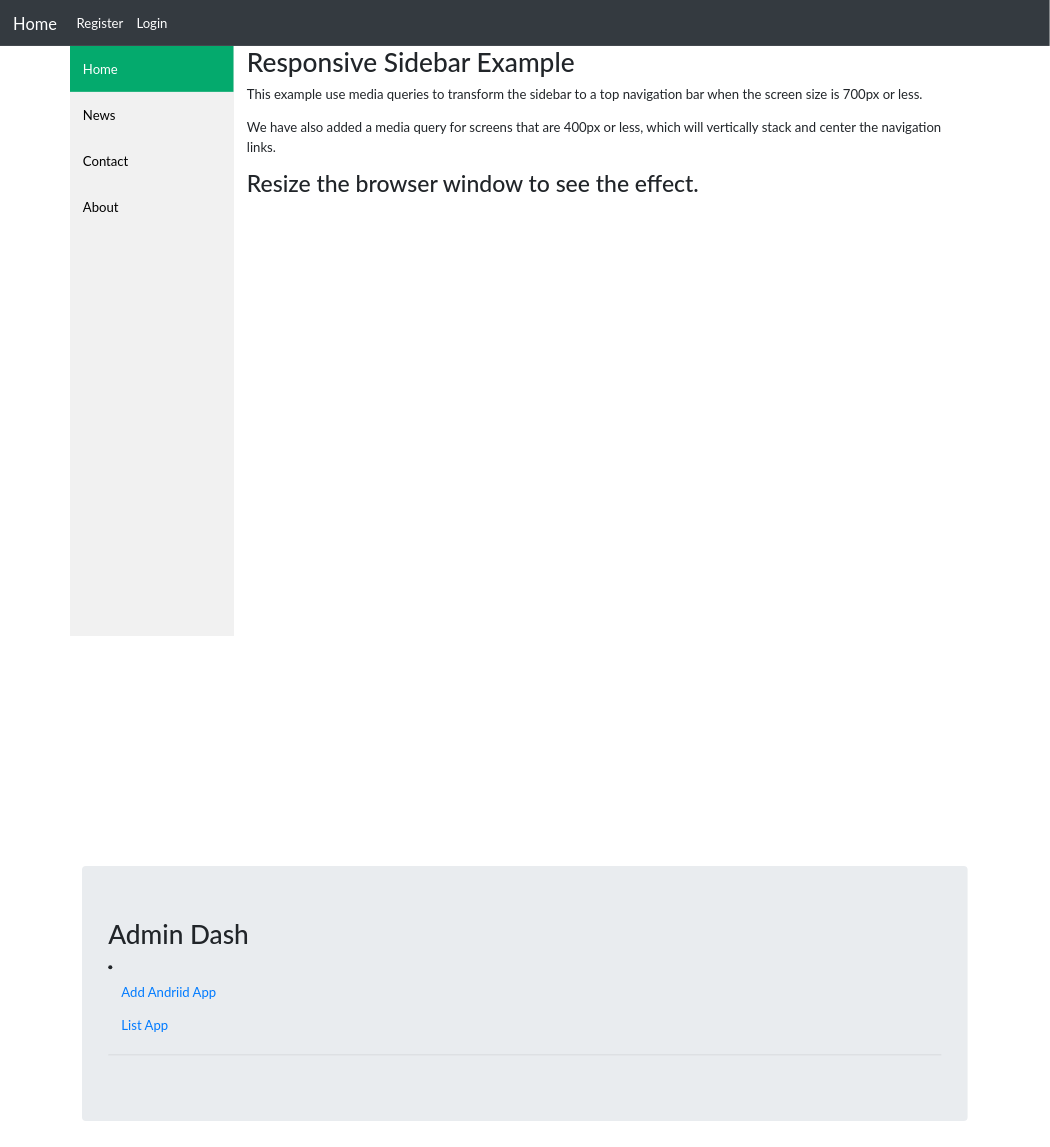
Repository: prabhat8701/nextgrowth_lab_task-main
Page: http://localhost/adminDash/
An editor plug-in stored every save of this project. The page is shown before and after the next save, followed by the edit.
The browser window is 1280 px wide. The pictures show the whole page, at 82% of full size.
The page is served by the project's application, run on Django 4.2 (manage.py). Other server files are loaded and not shown.

Above is the page before, as saved 2023-07-31 18:13:23.

### nextgrowAi/SET_2/next_project/templates/gradesApp/adminDash.html
{% extends 'gradesApp/base1.html' %}
{% block body_block %}
<style>
    body {
      margin: 0;
      font-family: "Lato", sans-serif;
    }

    .sidebar {
      margin: 0;
      padding: 0;
      width: 200px;
      background-color: #f1f1f1;
      position: fixed;
      height: 100%;
      overflow: auto;
    }

    .sidebar a {
      display: block;
      color: black;
      padding: 16px;
      text-decoration: none;
    }

    .sidebar a.active {
      background-color: #04AA6D;
      color: white;
    }

    .sidebar a:hover:not(.active) {
      background-color: #555;
      color: white;
    }

    div.content {
      margin-left: 200px;
      padding: 1px 16px;
      height: 1000px;
    }

    @media screen and (max-width: 700px) {
      .sidebar {
        width: 100%;
        height: auto;
        position: relative;
      }
      .sidebar a {float: left;}
      div.content {margin-left: 0;}
    }

    @media screen and (max-width: 400px) {
      .sidebar a {
        text-align: center;
        float: none;
      }
    }
</style>

<body>

    <div class="sidebar">
      <a class="active" href="#home">Home</a>
      <a href="#news">News</a>
      <a href="#contact">Contact</a>
      <a href="#about">About</a>
    </div>

    <div class="content">
      <h2>Responsive Sidebar Example</h2>
      <p>This example use media queries to transform the sidebar to a top navigation bar when the screen size is 700px or less.</p>
      <p>We have also added a media query for screens that are 400px or less, which will vertically stack and center the navigation links.</p>
      <h3>Resize the browser window to see the effect.</h3>
    </div>

    </body>

<div class="container">
    <div class="jumbotron">
        <h2>Admin Dash</h2>
        <li class="nav-item active">
            <a class="nav-link" href="{% url 'add_android_app' %}">Add Andriid App</a>
            <a class="nav-link" href="{% url 'app_list' %}">List App</a>

        </li>
        <hr>
    </div>
</div>


{% endblock %}

### nextgrowAi/SET_2/next_project/templates/gradesApp/base1.html
<!DOCTYPE html>
<html lang="en">
<head>
    <meta charset="UTF-8">
    <meta name="viewport" content="width=device-width, initial-scale=1.0">
    <meta http-equiv="X-UA-Compatible" content="ie=edge">
    <title>myGrades</title>
    <link rel="stylesheet" href="https://stackpath.bootstrapcdn.com/bootstrap/4.3.1/css/bootstrap.min.css" integrity="sha384-ggOyR0iXCbMQv3Xipma34MD+dH/1fQ784/j6cY/iJTQUOhcWr7x9JvoRxT2MZw1T" crossorigin="anonymous">
</head>
<body>
    <nav class="navbar navbar-expand-sm navbar-dark bg-dark">
        <a class="navbar-brand" href="{% url 'index' %}">Home</a>
        <button class="navbar-toggler d-lg-none" type="button" data-toggle="collapse" data-target="#collapsibleNavId" aria-controls="collapsibleNavId"
            aria-expanded="false" aria-label="Toggle navigation"></button>
        <div class="collapse navbar-collapse" id="collapsibleNavId">
            <ul class="navbar-nav mr-auto mt-2 mt-lg-0">
                <li class="nav-item active">
                    <!-- <a class="nav-link" href="{% url "admin:index" %}">Admin</a> -->
                </li>
                <li class="nav-item active">
                    <a class="nav-link" href="{% url 'register' %}" role="button">Register</a>

                </li>
                {% if user.is_authenticated %}
                    <!-- <li class="nav-item active">
                        <a class="nav-link" href="{% url 'dashboard' %}">Dashboard</a>

                    </li> -->
                    <li class="nav-item active">
                        <a class="nav-link" href="{% url 'logout' %}">Logout</a>
                    </li>
                {% else %}
                    <li class="nav-item active">

                        <a class="nav-link" href="{% url 'userLogin' %}">Login</a>

                    </li>
                {% endif %}

            </ul>

        </div>
    </nav>
    <div class="container">
        {% block body_block %}
        {% endblock %}
    </div>
</body>
</html>

### nextgrowAi/SET_2/next_project/next_app/views.py
from django.shortcuts import render

# Create your views here.
from django.shortcuts import render

# Create your views here.
from django.shortcuts import render,redirect
from next_app.forms import Admin_User_Form,Common_User_Form,Admin_User_AddForm,Common_User_AddForm,AndroidAppForm
from django.http import HttpResponse,HttpResponseRedirect
from django.contrib.auth.decorators import login_required
from django.urls import reverse
from django.contrib.auth import authenticate,login,logout
from next_app.models import Admin_User,Common_User,AndroidApp
from django.contrib.auth.models import User

# Create your views here.

def index(request):
    return render(request,'gradesApp/index.html')


@login_required
def userLogout(request):
    logout(request)
    return HttpResponseRedirect(reverse('index'))


def register(request):
    return render(request,'gradesApp/register.html')

def registeradmin(request):
    registered=False
    if request.method=='POST':
        var_adminForm=Admin_User_Form(request.POST)
        var_adminAddForm=Admin_User_AddForm(request.POST)
        if var_adminForm.is_valid()and var_adminAddForm.is_valid():
            adminprimary=var_adminForm.save()
            adminprimary.set_password(adminprimary.password)
            adminprimary.save()
            adminAdd=var_adminAddForm.save(commit=False)
            adminAdd.admin_user=adminprimary
            adminAdd.save()
            registered=True
    else:
        var_adminForm=Admin_User_Form()
        var_adminAddForm=Admin_User_AddForm()
    data={
        'var_adminForm':var_adminForm,
        'var_adminAddForm':var_adminAddForm,
        'registered':registered
        }
    return render(request,'gradesApp/registeradmin.html',data)


def registeruser(request):
    registered=False
    if request.method=='POST':
        var_userForm=Common_User_Form(request.POST)
        var_userAddForm=Common_User_AddForm(request.POST)
        if var_userForm.is_valid()and var_userAddForm.is_valid():
            userprimary=var_userForm.save()
            userprimary.set_password(userprimary.password)
            userprimary.save()
            userAdd=var_userAddForm.save(commit=False)
            userAdd.common_user=userprimary
            userAdd.save()
            registered=True
    else:
        var_userForm=Common_User_Form()
        var_userAddForm=Common_User_AddForm()
    data={
        'var_userForm':var_userForm,
        'var_userAddForm':var_userAddForm,
        'registered':registered}
    return render(request,'gradesApp/registeruser.html',data)

def userLogin(request):
    invalidlogin=False
    if request.method=='POST':
        username=request.POST.get('username')
        password=request.POST.get('password')
        user=authenticate(username=username,password=password)
        if user:
            if user.is_active:
                login(request,user)
                return HttpResponseRedirect(reverse('index'))
            else:
                return HttpResponse('Account not active')
        else:
            invalidlogin=True
            return redirect('/gradesApp/login/')
    else:
        return render(request,'gradesApp/login.html',{'invalidlogin':invalidlogin})


# from django.shortcuts import render, redirect
# from .models import Admin_User, Common_User
# from django.contrib.auth.decorators import login_required

@login_required
def dashboard(request):
    print("request",request.user)
    try:
        current=Admin_User.objects.get(admin_user=request.user)
        print("current",current)
        is_admin_user = True
    except Admin_User.DoesNotExist:
        current=Common_User.objects.get(common_user=request.user)
        print("current",current)
        is_admin_user = False

    if is_admin_user:
        return redirect('/adminDash/')
    else:
        return redirect('/userDash/')
    return render(request,'gradesApp/dashboard.html')




from django.shortcuts import render, redirect
from .models import Admin_User, Common_User
from django.contrib.auth.decorators import login_required


# @login_required
# def dashboard(request):
#     print("request", request.user)
#     try:
#         # Try to fetch the Admin_User object for the current user
#         current = Admin_User.objects.get(admin_user=request.user)
#         is_admin_user = True
#     except Admin_User.DoesNotExist:
#         # If Admin_User object is not found, try fetching Common_User object
#         try:
#             current = Common_User.objects.get(common_user=request.user)
#             is_admin_user = False
#         except Common_User.DoesNotExist:
#             # If neither Admin_User nor Common_User object is found, handle the situation here
#             # For example, you might want to redirect to a page showing an error message
#             return render(request, 'gradesApp/error.html')

    # if is_admin_user:
    #     return redirect('/studentDash/')
    # else:
    #     return redirect('/teacherDash/')




def adminDash(request):
    return render(request,'gradesApp/adminDash.html')

def userDash(request):
    return render(request,'gradesApp/userDash.html')

def add_android_app(request):
    if request.method == 'POST':
        print("f1")

        # form = AndroidAppForm(request.POST)
        form = AndroidAppForm(request.POST, request.FILES)
        print("f12")
        if form.is_valid():
            print("f3")
            form.save()
            return redirect('app_list')
    else:
        print("f")
        form = AndroidAppForm()
    return render(request, 'gradesApp/add_android_app.html', {'form': form})

from django.contrib.auth.decorators import login_required

# @login_required
def app_list(request):
    apps = AndroidApp.objects.all()
    return render(request, 'gradesApp/app_list.html', {'apps': apps})

from django.shortcuts import render, get_object_or_404
def app_detail(request, app_id):
    app = get_object_or_404(AndroidApp, id=app_id)
    return render(request, 'gradesApp/app_detail.html', {'app': app})



# views.py

# from django.shortcuts import render, redirect
from .forms import TaskScreenshotForm

def add_task_screenshot(request):
    if request.method == 'POST':
        form = TaskScreenshotForm(request.POST, request.FILES)
        if form.is_valid():
            form.instance.user = request.user  # Assign the current user to the 'user' field
            form.save()
            return redirect('app_list')  # Replace 'app_list' with the URL name of your app list page
    else:
        form = TaskScreenshotForm()
    return render(request, 'gradesApp/add_task.html', {'form': form})  # Replace 'your_template.html' with your desired template name

### nextgrowAi/SET_2/next_project/next_project/urls.py
"""next_project URL Configuration

The `urlpatterns` list routes URLs to views. For more information please see:
    https://docs.djangoproject.com/en/4.1/topics/http/urls/
Examples:
Function views
    1. Add an import:  from my_app import views
    2. Add a URL to urlpatterns:  path('', views.home, name='home')
Class-based views
    1. Add an import:  from other_app.views import Home
    2. Add a URL to urlpatterns:  path('', Home.as_view(), name='home')
Including another URLconf
    1. Import the include() function: from django.urls import include, path
    2. Add a URL to urlpatterns:  path('blog/', include('blog.urls'))
"""
from django.contrib import admin
from django.urls import path,include
from next_app import views
from django.conf import settings
from django.conf.urls.static import static

urlpatterns = [
    path('next_app/',include('next_app.urls')),
    path('',views.index,name='index'),
    path('admin/', admin.site.urls),
    path('logout/',views.userLogout,name='logout'),
    path('adminDash/',views.adminDash,name='adminDash'),
    path('userDash/',views.userDash,name='userDash'),
]
if settings.DEBUG:
    urlpatterns += static(settings.MEDIA_URL, document_root=settings.MEDIA_ROOT)

### nextgrowAi/SET_2/next_project/next_app/urls.py
from django.urls import path
from next_app import views

# app_name='gradesApp'

urlpatterns = [
    path('',views.index,name='index'),
    path('register/',views.register,name='register'),

    path('registeradmin/',views.registeradmin,name='registeradmin'),
    path('registeruser/',views.registeruser,name='registeruser'),

    path('login/',views.userLogin,name='userLogin'),
    path('dashboard',views.dashboard,name='dashboard'),

    path('add_android_app/', views.add_android_app, name='add_android_app'),
    path('app_list/', views.app_list, name='app_list'),
    path('app_detail/<int:app_id>/', views.app_detail, name='app_detail'),
    path('add_task_screenshot/', views.add_task_screenshot, name='add_task_screenshot'),
]

After the next save:
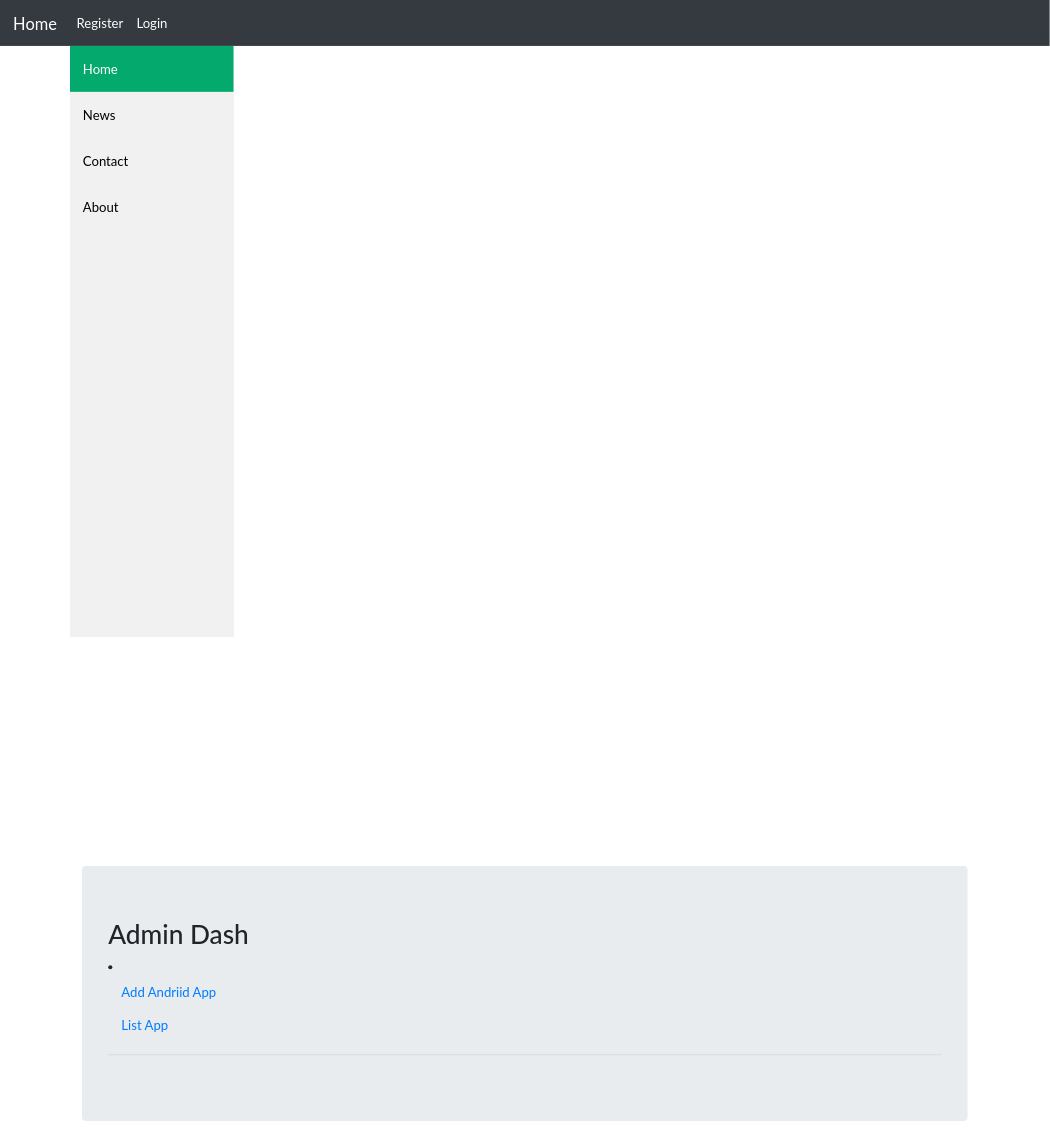
Saved 35 s later.
--- a/nextgrowAi/SET_2/next_project/templates/gradesApp/adminDash.html
+++ b/nextgrowAi/SET_2/next_project/templates/gradesApp/adminDash.html
@@ -67,10 +67,7 @@
     </div>
 
     <div class="content">
-      <h2>Responsive Sidebar Example</h2>
-      <p>This example use media queries to transform the sidebar to a top navigation bar when the screen size is 700px or less.</p>
-      <p>We have also added a media query for screens that are 400px or less, which will vertically stack and center the navigation links.</p>
-      <h3>Resize the browser window to see the effect.</h3>
+
     </div>
 
     </body>
